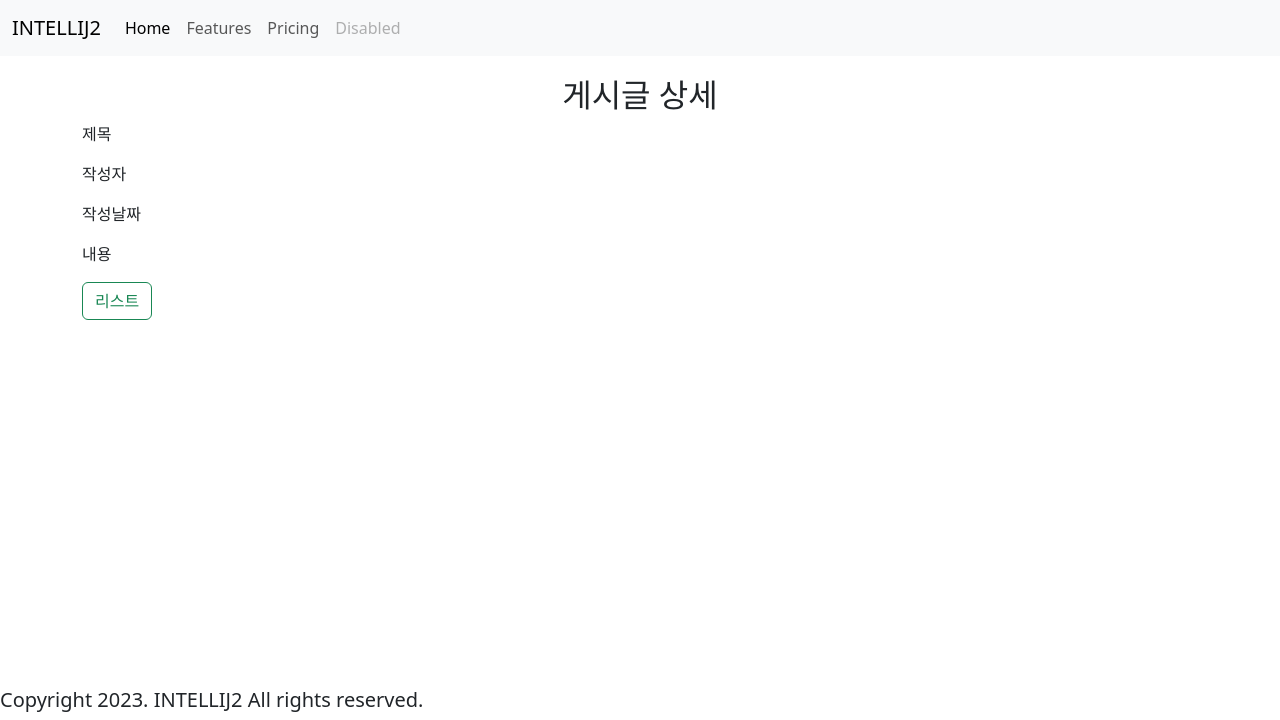
Repository: Jae-yi/JSPMybatis
Page: http://localhost/JspMybatisSub/WEB-INF/views/board/detail.jsp
The author's editor kept a copy of each file at every save. The page is drawn from the files as they stood at one save, then again after the next save.
The browser window is 1280 px wide. The pictures show the whole page.
The page is served by Tomcat 9. Nobody is signed in. The template is opened directly, without the code that normally fills it, so the values that code supplies are empty.

Above is the page before, as saved 2023-01-17 08:00:37.

After the next save:
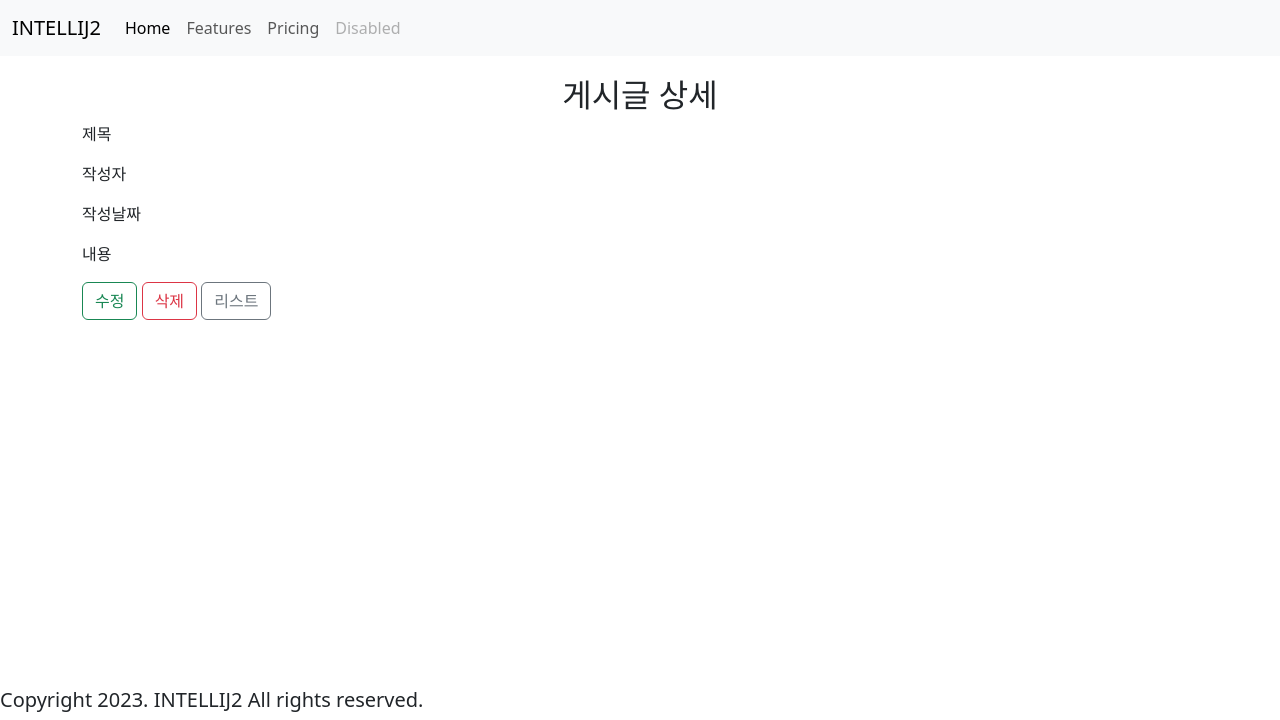
Saved 74 s later.
--- a/JspMybatisSub/src/main/webapp/WEB-INF/views/board/detail.jsp
+++ b/JspMybatisSub/src/main/webapp/WEB-INF/views/board/detail.jsp
@@ -31,7 +31,9 @@
 				<p>${detail.content}</p>
 			</div>
 		</form>
-		<button class="btn btn-outline-success" onclick="location.href='/list'">리스트</button>
+		<button class="btn btn-outline-success" onclick="location.href='/list'">수정</button>
+		<button class="btn btn-outline-danger" onclick="location.href='/list'">삭제</button>
+		<button class="btn btn-outline-secondary" onclick="location.href='/list'">리스트</button>
 	</div>
 	<jsp:include page="../include/footer.jsp"></jsp:include>
 
